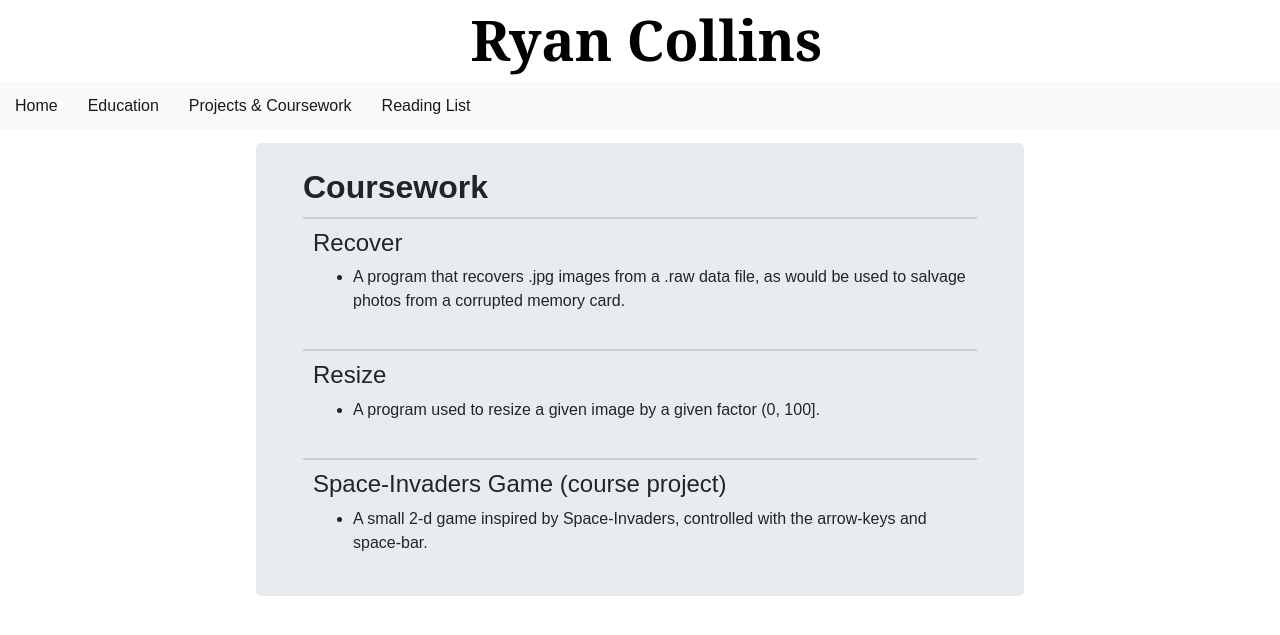
Repository: RyanMCollins/cs50
Page: pset5/homepage/projects.html
The author's editor kept a record of every edit. The page is drawn from the files as they stood at one moment, then again after the next edit.
The browser window is 1280 px wide. The pictures show the whole page.

Above is the page before.

After the next edit:
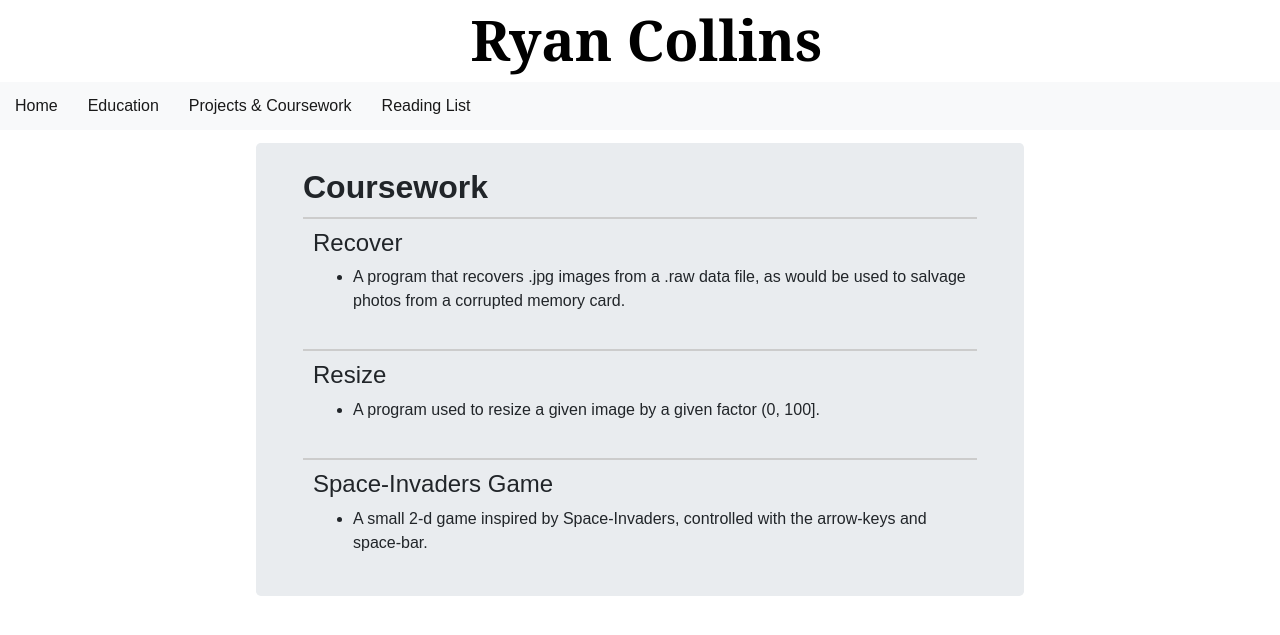
The edit:
--- a/pset5/homepage/projects.html
+++ b/pset5/homepage/projects.html
@@ -65,7 +65,7 @@
                 </div>
                 <div class="sub-division">
                     <h4>
-                        Space-Invaders Game (course project)
+                        Space-Invaders Game
                     </h4>
                     <ul>
                         <li>
